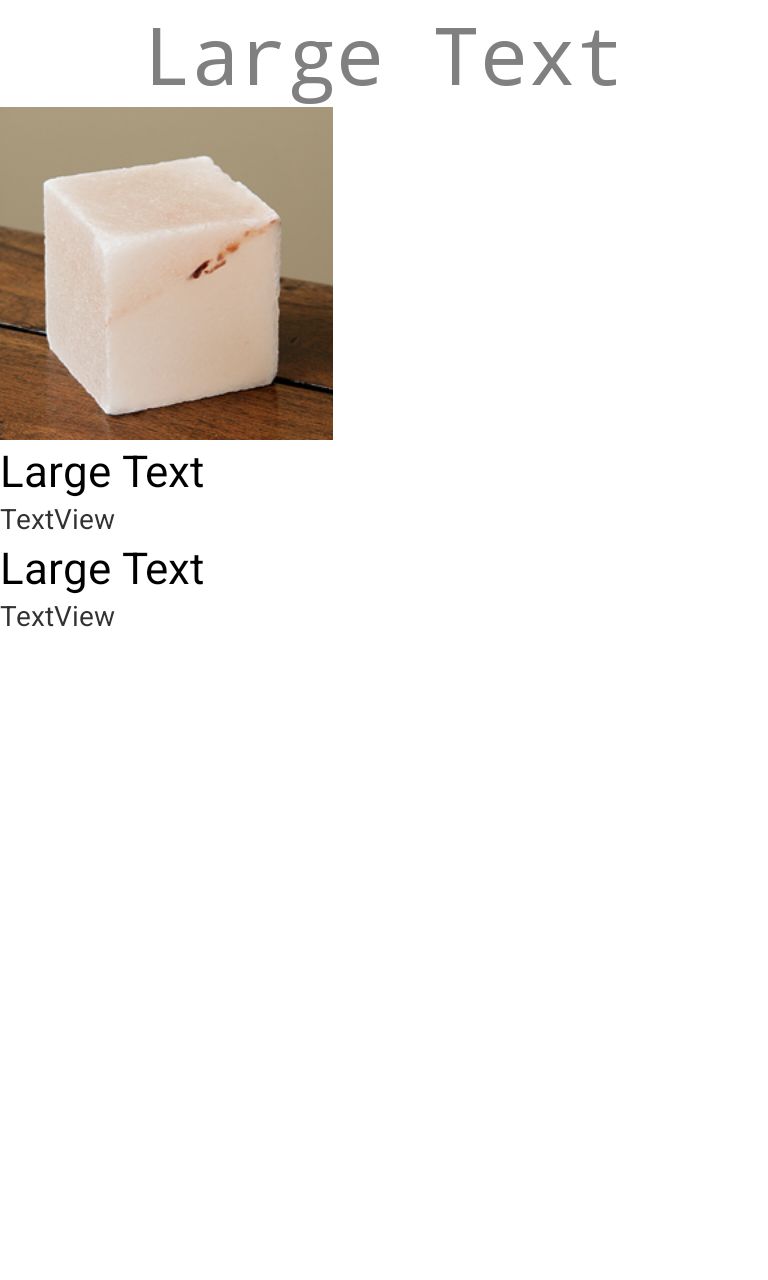
Repository: sehmon/workspace-eclipse
Layout: WhatAmIEating/res/layout/activity_detail.xml
These files come from the project's save history. The layout is drawn as it stood at one moment and after the next save; the edit follows.
It is drawn on a 768 x 1280 px phone screen (xhdpi) without system bars, with theme android:Theme.Holo.Light.NoActionBar.Fullscreen; the app's code is not run.

Above is the layout before, as saved 2014-04-13 15:55:49.

After the next save:
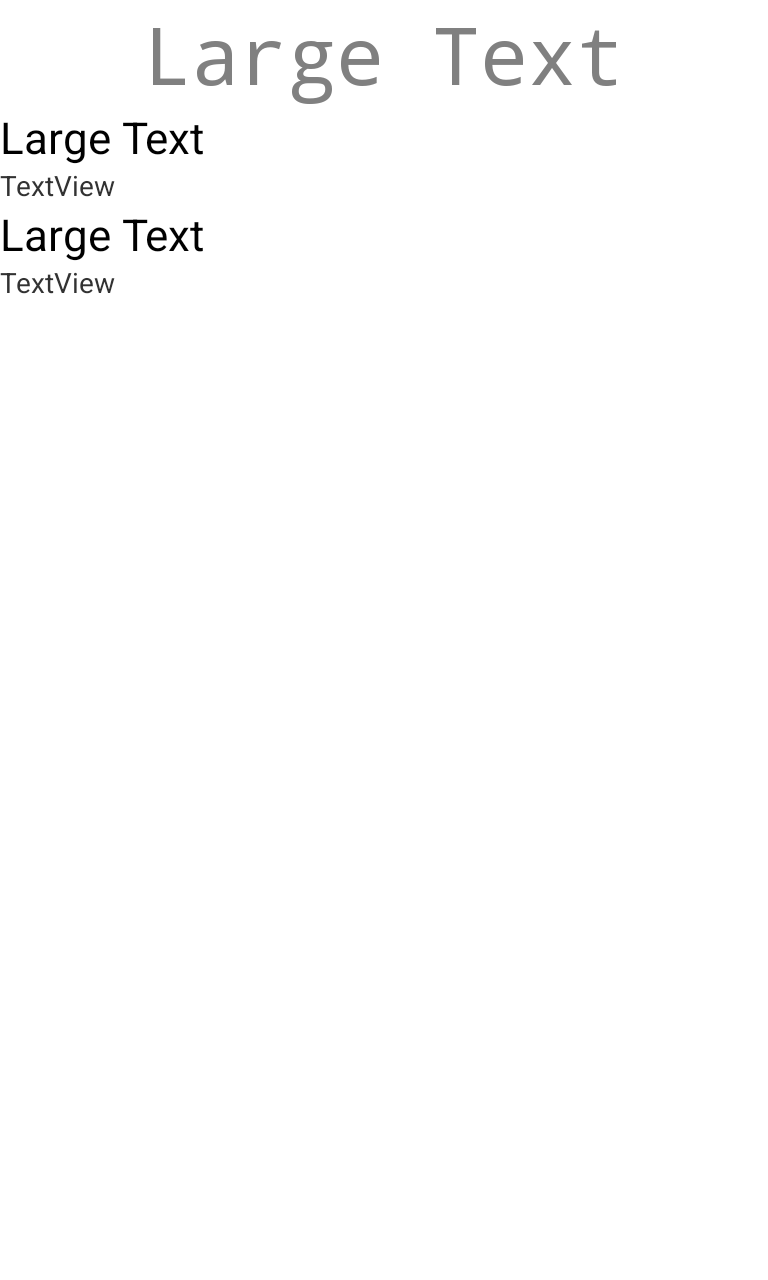
Saved 41 s later.
--- a/WhatAmIEating/res/layout/activity_detail.xml
+++ b/WhatAmIEating/res/layout/activity_detail.xml
@@ -19,8 +19,7 @@
     <ImageView
         android:id="@+id/imageView1"
         android:layout_width="wrap_content"
-        android:layout_height="wrap_content"
-        android:src="@drawable/salt" />
+        android:layout_height="wrap_content" />
 
     <TextView
         android:id="@+id/textView2"
